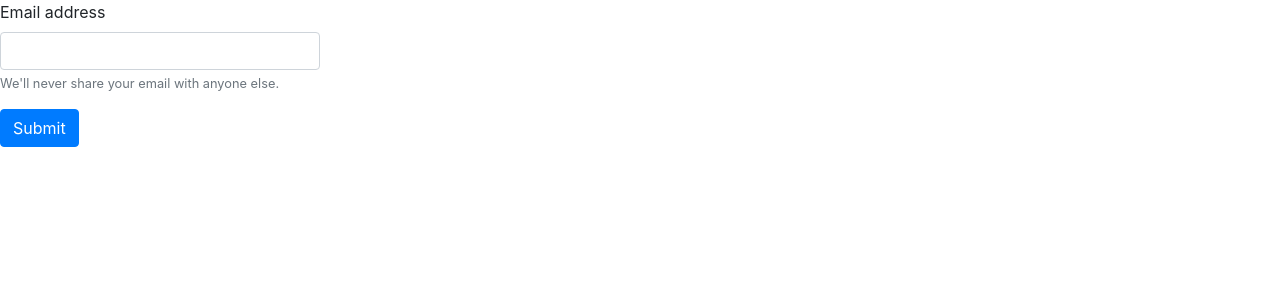
Repository: DhananjayaLakshan/PHP_CRUD_OOP1
Page: http://localhost/signup.php
These files come from the project's save history. The page is drawn as it stood at one moment and after the next save; the edit follows.
The browser window is 1280 px wide. The pictures show the whole page.
The page is run by PHP 8.4 with error messages shown; the project is at /var/www/html/.

Above is the page before, as saved 2023-11-30 12:09:09.

### signup.php
<!DOCTYPE html>
<html lang="en">

<head>
    <meta charset="UTF-8">
    <meta name="viewport" content="width=device-width, initial-scale=1.0">
    <title>SIGNUP</title>

    <link rel="stylesheet" href="https://cdn.jsdelivr.net/npm/bootstrap@4.5.3/dist/css/bootstrap.min.css" integrity="sha384-TX8t27EcRE3e/ihU7zmQxVncDAy5uIKz4rEkgIXeMed4M0jlfIDPvg6uqKI2xXr2" crossorigin="anonymous">
    <link rel="stylesheet" href="style.css">
    <script src="script.js"></script>
</head>

<body>

    <form action="" method="post" style="width: 25%;">
        <div class="form-group">
            <label for="exampleInputEmail1">Email address</label>
            <input type="email" class="form-control" id="exampleInputEmail1" aria-describedby="emailHelp">
            <small id="emailHelp" class="form-text text-muted">We'll never share your email with anyone else.</small>
        </div>

        <button type="submit" class="btn btn-primary">Submit</button>
    </form>









    <script src="https://code.jquery.com/jquery-3.5.1.slim.min.js" integrity="sha384-DfXdz2htPH0lsSSs5nCTpuj/zy4C+OGpamoFVy38MVBnE+IbbVYUew+OrCXaRkfj" crossorigin="anonymous"></script>
    <script src="https://cdn.jsdelivr.net/npm/bootstrap@4.5.3/dist/js/bootstrap.bundle.min.js" integrity="sha384-ho+j7jyWK8fNQe+A12Hb8AhRq26LrZ/JpcUGGOn+Y7RsweNrtN/tE3MoK7ZeZDyx" crossorigin="anonymous"></script>
</body>

</html>

### style.css
.addButton {
    padding: 5px 25px;
    margin: 10px;

}

.table{
    margin: 10px !important;
    width: 85%;

}

Loaded but not shown: script.js (no stored copy; drawn as an empty file)

After the next save:
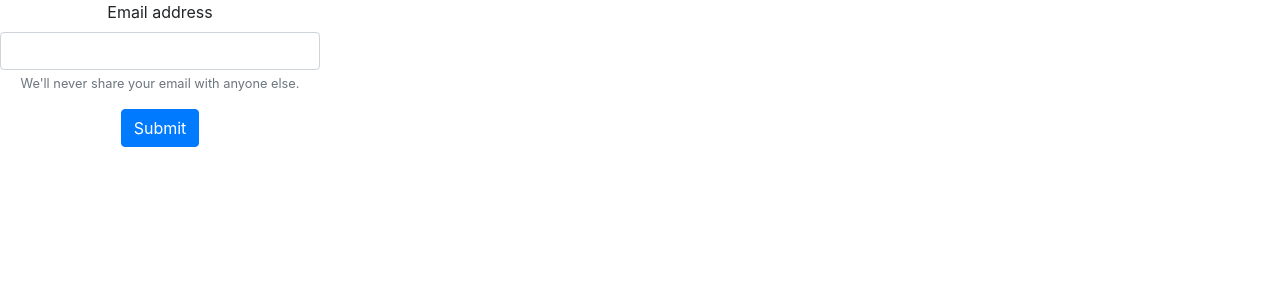
Saved 22 s later.
--- a/signup.php
+++ b/signup.php
@@ -13,7 +13,7 @@
 
 <body>
 
-    <form action="" method="post" style="width: 25%;">
+    <form action="" method="post" style="width: 25%; text-align: center;">
         <div class="form-group">
             <label for="exampleInputEmail1">Email address</label>
             <input type="email" class="form-control" id="exampleInputEmail1" aria-describedby="emailHelp">

After the save that followed:
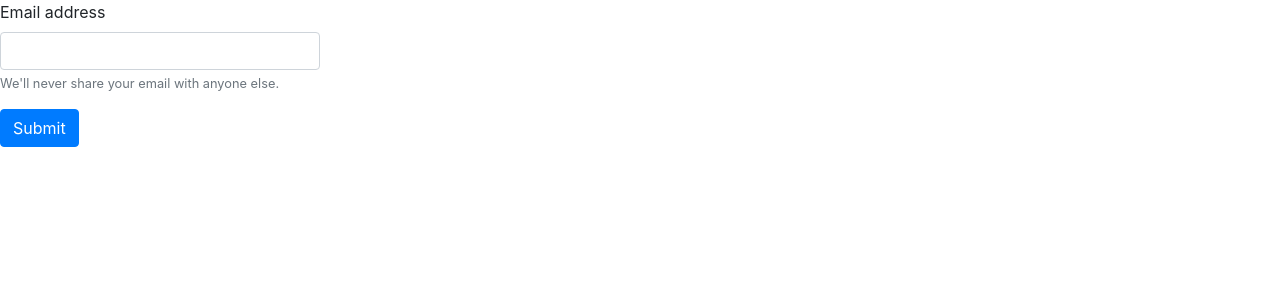
Saved 19 s later.
--- a/signup.php
+++ b/signup.php
@@ -13,7 +13,7 @@
 
 <body>
 
-    <form action="" method="post" style="width: 25%; text-align: center;">
+    <form action="" method="post" style="width: 25%; align-items: center;">
         <div class="form-group">
             <label for="exampleInputEmail1">Email address</label>
             <input type="email" class="form-control" id="exampleInputEmail1" aria-describedby="emailHelp">
